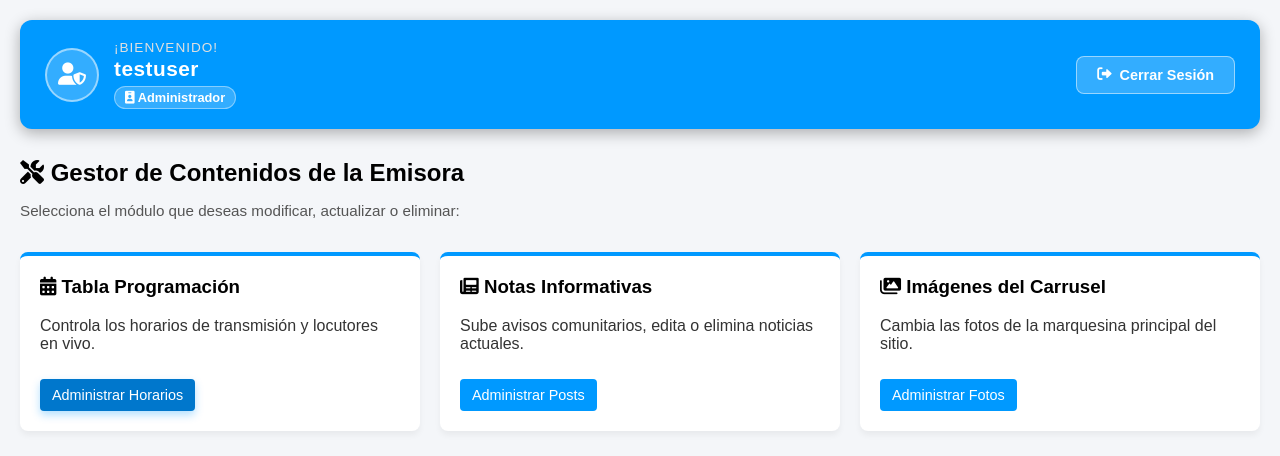
Repository: dalila777-xu/radiopakal1040am
Page: http://localhost/admin.php
The author's editor kept a copy of each file at every save. The page is drawn from the files as they stood at one save, then again after the next save.
The browser window is 1280 px wide. The pictures show the whole page.
The pointer rests on the first visible `.btn-action`.
The page is run by PHP 8.4 with error messages shown; the project is at /var/www/html/. The session is filled in as if someone had signed in: {"usuario": "testuser", "nombre": "testuser"}. Other server files are loaded and not shown.

Above is the page before, as saved 2026-07-07 18:24:03.

### admin.php
<?php
session_start();
// Si no hay sesión iniciada, regresarlo al index
if (!isset($_SESSION['usuario'])) {
    header("Location: index.php");
    exit();
}
include("db.php");

// Manejar cierre de sesión desde este mismo archivo (logout)
if (isset($_GET['logout'])) {
    // Destruir toda la sesión y redirigir al index
    $_SESSION = array();
    if (ini_get("session.use_cookies")) {
        $params = session_get_cookie_params();
        setcookie(session_name(), '', time() - 42000,
            $params["path"], $params["domain"],
            $params["secure"], $params["httponly"]
        );
    }
    session_destroy();
    header('Location: index.php');
    exit();
}
?>
<!DOCTYPE html>
<html lang="es">
<head>
    <meta charset="UTF-8">
    <title>Panel de Administración | Radio Pakal</title>
    <link rel="stylesheet" href="https://cdnjs.cloudflare.com/ajax/libs/font-awesome/6.0.0-beta3/css/all.min.css">
    <style>
        body { font-family: sans-serif; background: #f4f6f9; margin: 0; padding: 20px; color: #333; }

        /* ========================================
           BARRA DE BIENVENIDA MODERNA Y ESTÉTICA
        ======================================== */
        .nav-admin {
            background: #0099FF;
            color: white;
            padding: 20px 25px;
            border-radius: 12px;
            display: flex;
            justify-content: space-between;
            align-items: center;
            margin-bottom: 30px;
            box-shadow: 0 4px 15px rgba(0, 0, 0, 0.3);
        }
        .user-info {
            display: flex;
            align-items: center;
            gap: 15px;
        }
        .avatar-icon {
            background: rgba(255, 255, 255, 0.2);
            width: 50px;
            height: 50px;
            border-radius: 50px;
            display: flex;
            justify-content: center;
            align-items: center;
            font-size: 1.4rem;
            color: white;
            border: 2px solid rgba(255, 255, 255, 0.5);
        }
        .welcome-text {
            font-size: 0.85rem;
            text-transform: uppercase;
            letter-spacing: 1px;
            color: #e0e0e0;
            display: block;
            margin-bottom: 2px;
        }
        .user-name {
            margin: 0;
            font-size: 1.3rem;
            font-weight: 600;
            letter-spacing: 0.5px;
        }
        .user-role {
            display: inline-block;
            background: rgba(255, 255, 255, 0.2);
            padding: 3px 10px;
            border-radius: 20px;
            font-size: 0.8rem;
            margin-top: 5px;
            color: white;
            font-weight: bold;
            border: 1px solid rgba(255, 255, 255, 0.4);
        }
        .btn-logout {
            color: white;
            text-decoration: none;
            font-weight: bold;
            background: rgba(255, 255, 255, 0.2);
            padding: 10px 20px;
            border-radius: 8px;
            font-size: 0.9rem;
            transition: all 0.3s ease;
            border: 1px solid rgba(255,255,255,0.5);
            display: flex;
            align-items: center;
            gap: 8px;
        }
        .btn-logout:hover {
            background: rgba(255, 255, 255, 0.3);
            color: white;
            box-shadow: 0 4px 10px rgba(0,0,0,0.2);
            transform: translateY(-2px);
        }

        /* ========================================
           ESTILOS DE MÓDULOS Y CONTENIDO
        ======================================== */
        .grid-modulos { display: grid; grid-template-columns: repeat(auto-fit, minmax(250px, 1fr)); gap: 20px; }
        .card-modulo { background: white; padding: 20px; border-radius: 8px; box-shadow: 0 4px 6px rgba(0,0,0,0.05); border-top: 4px solid #0099FF; }
        .card-modulo h3 { margin-top: 0; color: #000000; }
        .btn-action { display: inline-block; background: #0099FF; color: white; padding: 8px 12px; text-decoration: none; border-radius: 4px; font-size: 0.9rem; margin-top: 10px; transition: all 0.3s ease; }
        .btn-action:hover { background: #0077CC; box-shadow: 0 4px 8px rgba(0, 153, 255, 0.3); }
    </style>
</head>
<body>

    <div class="nav-admin">
        <div class="user-info">
            <div class="avatar-icon">
                <i class="fas fa-user-shield"></i>
            </div>
            <div>
                <span class="welcome-text">¡Bienvenido!</span>
                <h3 class="user-name">
                    <?php echo htmlspecialchars($_SESSION['nombre'] ?? 'Usuario'); ?>
                </h3>
                <span class="user-role">
                    <i class="fas fa-id-badge"></i> <?php echo htmlspecialchars($_SESSION['rol'] ?? 'Administrador'); ?>
                </span>
            </div>
        </div>
        <a href="?logout=1" class="btn-logout">
            <i class="fas fa-sign-out-alt"></i> Cerrar Sesión
        </a>
    </div>

    <h2 style="color: #000000; margin-bottom: 10px;"><i class="fas fa-tools"></i> Gestor de Contenidos de la Emisora</h2>
    <p style="color: #555; font-size: 0.95rem;">Selecciona el módulo que deseas modificar, actualizar o eliminar:</p>
    <br>

    <div class="grid-modulos">
        <div class="card-modulo">
            <h3><i class="fas fa-calendar-alt"></i> Tabla Programación</h3>
            <p>Controla los horarios de transmisión y locutores en vivo.</p>
            <a href="admin_programacion.php" class="btn-action">Administrar Horarios</a>
        </div>

        <div class="card-modulo">
            <h3><i class="fas fa-newspaper"></i> Notas Informativas</h3>
            <p>Sube avisos comunitarios, edita o elimina noticias actuales.</p>
            <a href="admin_publicaciones.php" class="btn-action">Administrar Posts</a>
        </div>

        <div class="card-modulo">
            <h3><i class="fas fa-images"></i> Imágenes del Carrusel</h3>
            <p>Cambia las fotos de la marquesina principal del sitio.</p>
            <!-- Enlazado al archivo admin_carrusel.php según solicitud -->
            <a href="admin_carrusel.php" class="btn-action">Administrar Fotos</a>
        </div>
    </div>

</body>
</html>

### db.php
<?php
$servername = "localhost";
$username = "root";   // usuario por defecto en XAMPP
$password = "12345678";       // normalmente vacío
$database = "radio_pakal"; // tu base de datos

$conn = mysqli_connect($servername, $username, $password, $database);

if (!$conn) {
    die("Error de conexión: " . mysqli_connect_error());
}
?>

After the next save:
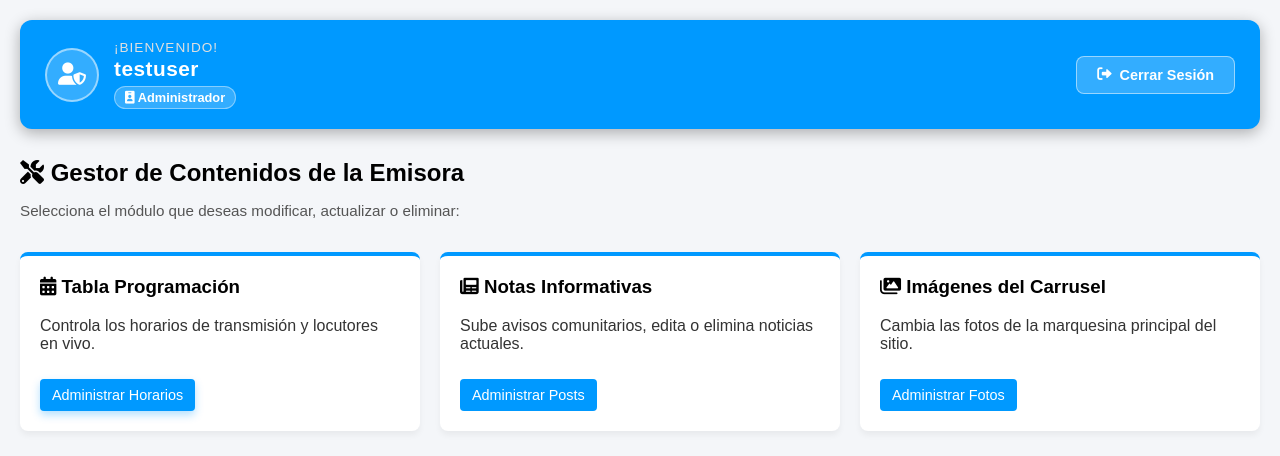
Saved 4 min 19 s later.
--- a/admin.php
+++ b/admin.php
@@ -116,7 +116,7 @@ if (isset($_GET['logout'])) {
         .card-modulo { background: white; padding: 20px; border-radius: 8px; box-shadow: 0 4px 6px rgba(0,0,0,0.05); border-top: 4px solid #0099FF; }
         .card-modulo h3 { margin-top: 0; color: #000000; }
         .btn-action { display: inline-block; background: #0099FF; color: white; padding: 8px 12px; text-decoration: none; border-radius: 4px; font-size: 0.9rem; margin-top: 10px; transition: all 0.3s ease; }
-        .btn-action:hover { background: #0077CC; box-shadow: 0 4px 8px rgba(0, 153, 255, 0.3); }
+        .btn-action:hover { background: #0099FF; box-shadow: 0 4px 8px rgba(0, 153, 255, 0.3); }
     </style>
 </head>
 <body>
